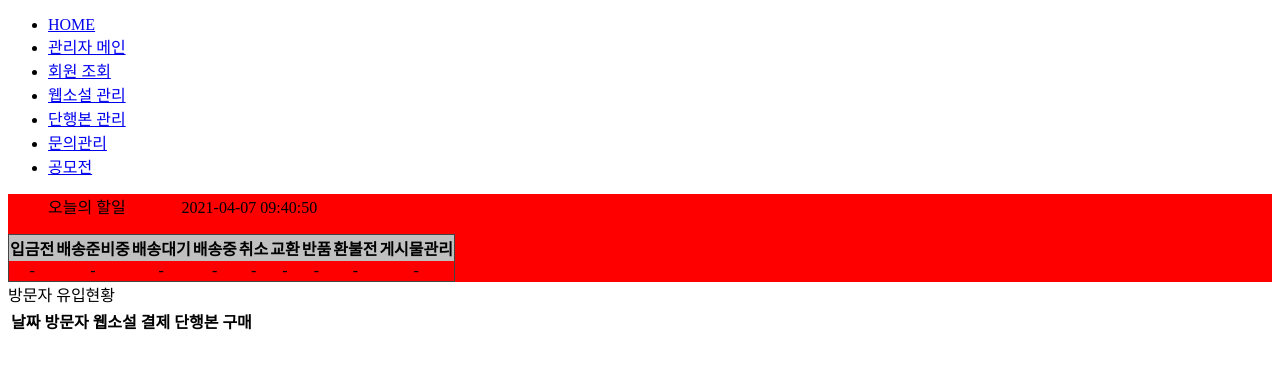
Repository: hoony0203/firstbook
Page: http://localhost/first_book/admin/main
An editor plug-in stored every save of this project. The page is shown before and after the next save, followed by the edit.
The browser window is 1280 px wide. The pictures show the whole page.
The page is served by Tomcat 9. Other server files are loaded and not shown.

Above is the page before, as saved 2021-04-10 08:12:20.

### first_book/web/WEB-INF/views/admin/adminMain.jsp
<%@ page language="java" contentType="text/html; charset=UTF-8"
    pageEncoding="UTF-8"%>
<%@ taglib prefix="c" uri="http://java.sun.com/jsp/jstl/core" %>
<%@ taglib prefix="fmt" uri="http://java.sun.com/jsp/jstl/fmt"%>
<!DOCTYPE html>
<html>
<head>
<meta charset="UTF-8">
<title>Insert title here</title>
</head>

<style>
	figure { text-align: left;}
	#a1 { background-color: red; }
	#a1 table{ text-align : center; border: 1px solid #444444; border-collapse: collapse; border-spacing: 0; border-spacing: 30px;}
	#a1 table>thead { background-color: silver; }

</style>

<body>
	<jsp:include page="adminHeader.jsp"></jsp:include>

		<c:set var="now" value="<%=new java.util.Date()%>" />
		<c:set var="sysYear"><fmt:formatDate value="${now}" pattern="yyyy-MM-dd hh:mm:ss" /></c:set>


		<section>

		<article id="a1">

		<figure>
			<figcaption>
			오늘의 할일&nbsp;&nbsp;&nbsp;&nbsp;&nbsp;&nbsp;&nbsp;
			&nbsp;&nbsp;&nbsp;&nbsp;&nbsp;&nbsp;<c:out value="${sysYear}" />
			</figcaption>
		</figure>

		<table>

			<thead>
				<tr>
					<th>입금전</th>
					<th>배송준비중</th>
					<th>배송대기</th>
					<th>배송중</th>
					<th>취소</th>
					<th>교환</th>
					<th>반품</th>
					<th>환불전</th>
					<th>게시물관리</th>

				</tr>
			</thead>

				<tr>
					<td>-</td>
					<td>-</td>
					<td>-</td>
					<td>-</td>
					<td>-</td>
					<td>-</td>
					<td>-</td>
					<td>-</td>
					<td>-</td>

				</tr>

		</table>

		</article>



		<article>

			방문자 유입현황

		</article>



		<article>

			<table>

				<tr>
					<th>날짜</th>
					<th>방문자</th>
					<th>웹소설 결제</th>
					<th>단행본 구매</th>

				</tr>


			</table>

		</article>



		<article></article>



		<article></article>



	</section>

</body>
</html>

### first_book/web/WEB-INF/views/admin/adminHeader.jsp
<%@ page language="java" contentType="text/html; charset=UTF-8"
    pageEncoding="UTF-8"%>
<%@ taglib prefix="c" uri="http://java.sun.com/jsp/jstl/core" %>
<!DOCTYPE html>
<html>
<head>
<meta charset="UTF-8">



<title>Insert title here</title>

</head>
<body>
		<div class="menu-area">
		<div class="nav-area">
			<ul>
				<li><a href="${ pageContext.servletContext.contextPath }">HOME</a></li>
				<li><a href="${ pageContext.servletContext.contextPath }/admin/main">관리자 메인</a></li>
				<li><a href="${ pageContext.servletContext.contextPath }/admin/memlist">회원 조회</a></li>
				<li><a href="${ pageContext.servletContext.contextPath }/admin/webNovel">웹소설 관리</a></li>
				<li><a href="${ pageContext.servletContext.contextPath }/admin/novel">단행본 관리</a></li>
				<li><a href="${ pageContext.servletContext.contextPath }/admin/QNA">문의관리</a></li>
				<li><a href="${ pageContext.servletContext.contextPath }/admin/contest">공모전</a></li>
			</ul>
		</div> <!-- nav-area end -->
	</div> <!-- menu-area end -->

</body>
</html>

### first_book/src/com/lastbug/firstbook/admin/controller/AdminMainServlet.java
package com.lastbug.firstbook.admin.controller;

import java.io.IOException;
import javax.servlet.ServletException;
import javax.servlet.annotation.WebServlet;
import javax.servlet.http.HttpServlet;
import javax.servlet.http.HttpServletRequest;
import javax.servlet.http.HttpServletResponse;


@WebServlet("/admin/main")
public class AdminMainServlet extends HttpServlet {
	private static final long serialVersionUID = 1L;


	protected void doGet(HttpServletRequest request, HttpServletResponse response) throws ServletException, IOException {

		request.getRequestDispatcher("/WEB-INF/views/admin/adminMain.jsp").forward(request, response);
	}

}

### first_book/src/com/lastbug/firstbook/common/config/ConfigLocation.java
package com.lastbug.firstbook.common.config;

public class ConfigLocation {

	public static String CONNECTION_CONFIG_LOCATION;
	public static String MAPPER_LOCATION;


}

After the next save:
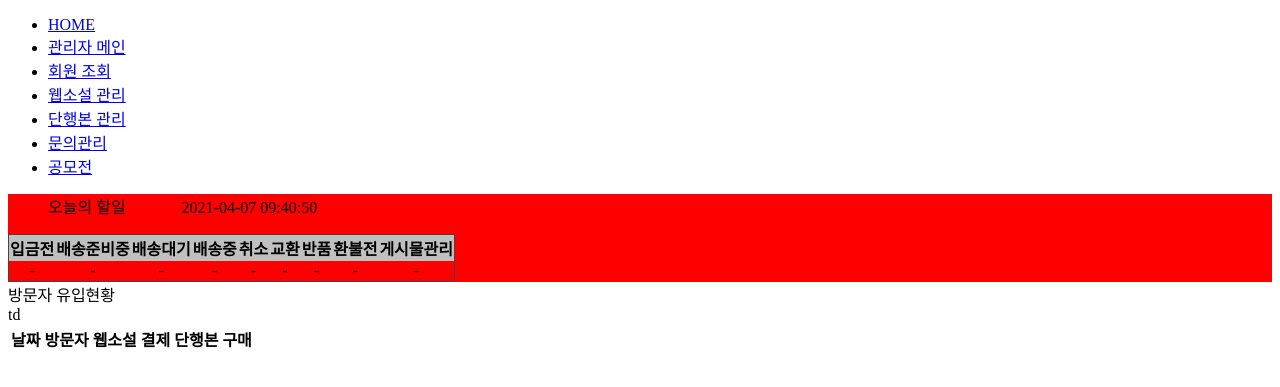
Saved 6 min 56 s later.
--- a/first_book/web/WEB-INF/views/admin/adminMain.jsp
+++ b/first_book/web/WEB-INF/views/admin/adminMain.jsp
@@ -21,7 +21,7 @@
 	<jsp:include page="adminHeader.jsp"></jsp:include>
 
 		<c:set var="now" value="<%=new java.util.Date()%>" />
-		<c:set var="sysYear"><fmt:formatDate value="${now}" pattern="yyyy-MM-dd hh:mm:ss" /></c:set>
+		<c:set var="sysTime"><fmt:formatDate value="${now}" pattern="yyyy-MM-dd hh:mm:ss" /></c:set>
 
 
 		<section>
@@ -31,7 +31,7 @@
 		<figure>
 			<figcaption>
 			오늘의 할일&nbsp;&nbsp;&nbsp;&nbsp;&nbsp;&nbsp;&nbsp;
-			&nbsp;&nbsp;&nbsp;&nbsp;&nbsp;&nbsp;<c:out value="${sysYear}" />
+			&nbsp;&nbsp;&nbsp;&nbsp;&nbsp;&nbsp;<c:out value="${sysTime}" />
 			</figcaption>
 		</figure>
 
@@ -91,6 +91,11 @@
 
 				</tr>
 
+				<tr>
+
+					td
+
+				</tr>
 
 			</table>
 

After the save that followed:
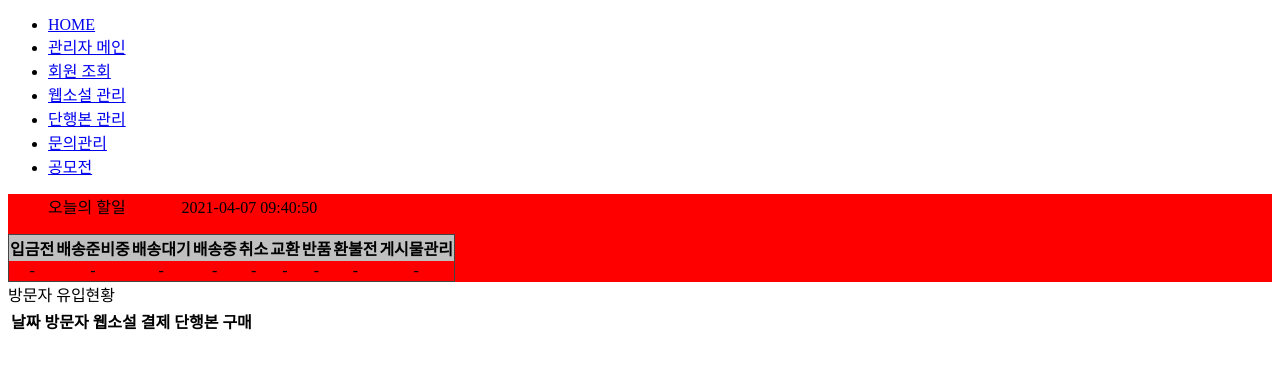
Saved 75 s later.
--- a/first_book/web/WEB-INF/views/admin/adminMain.jsp
+++ b/first_book/web/WEB-INF/views/admin/adminMain.jsp
@@ -93,7 +93,7 @@
 
 				<tr>
 
-					td
+
 
 				</tr>
 
